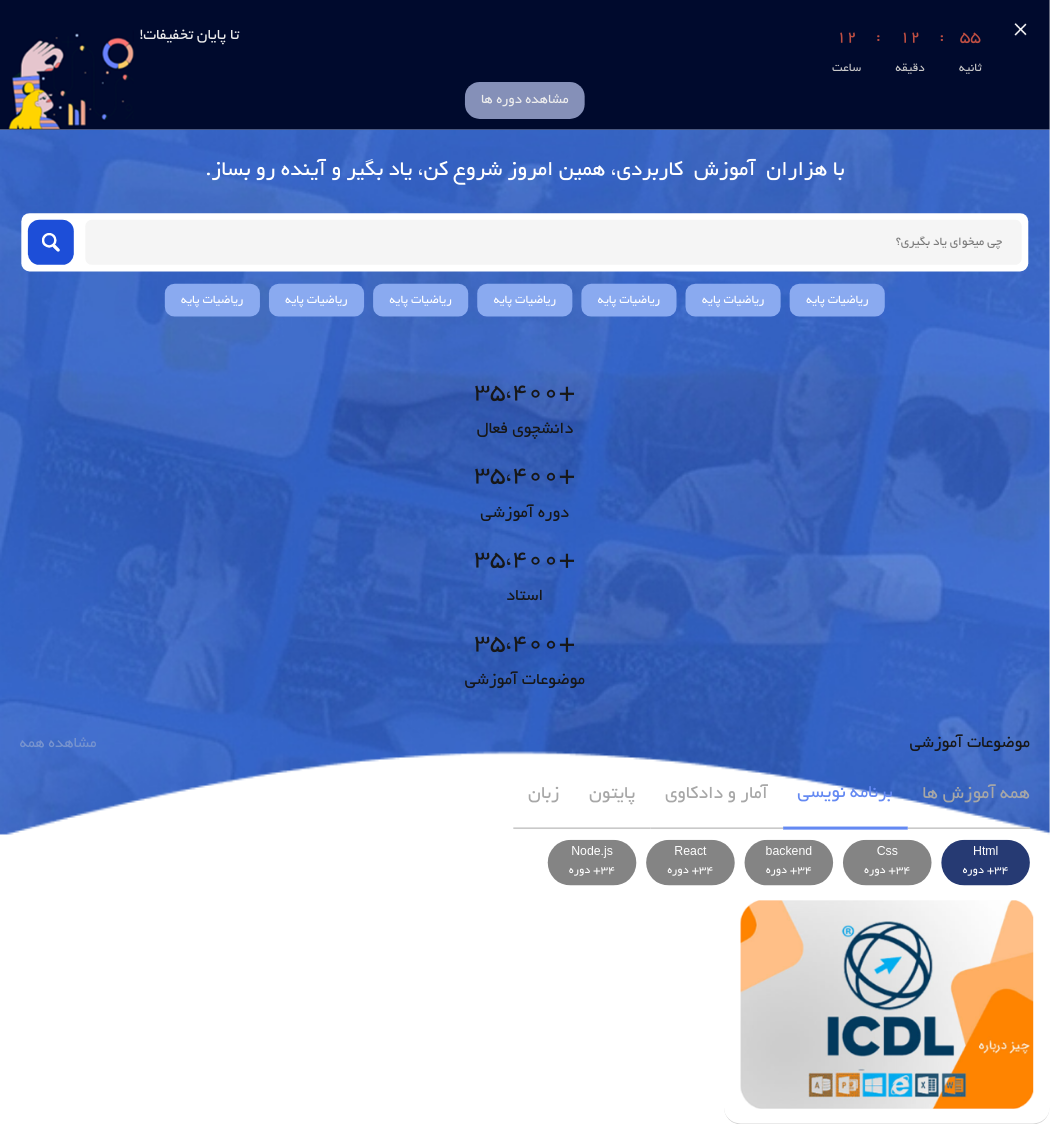
Repository: sinafath/fradars
Page: /
The author's editor kept a copy of each file at every save. The page is drawn from the files as they stood at one save, then again after a run of saves.
The browser window is 1280 px wide. The pictures show the whole page, at 82% of full size.
The project was rebuilt for these pictures with package versions that can differ from the ones it lists, and the page was loaded fresh each time. The framework's server and built-in components were replaced by stand-ins that run in the browser. Also part of the build but not shown: next.config.ts.

Above is the page before, as saved 2025-09-22 18:10:14.

### src/app/layout.tsx
import type { Metadata } from "next";
import localFont from 'next/font/local'

const myFont = localFont({
  src: '../../public/BYEKAN.ttf',
})
import "./globals.css";

console.log(myFont)

export const metadata: Metadata = {
  title: "Fradars",
  description: "tutoring website",
};

export default function RootLayout({
  children,
}: Readonly<{
  children: React.ReactNode;
}>) {
  return (
    <html lang="fa" dir="rtl" className={myFont.className}>
      <body
      >
        {children}
      </body>
    </html>
  );
}

### src/app/page.tsx
import { Center, Column, Row } from "@/components/core";
import { Card, Header } from "@/components/HomePage";
import Image from "next/image";

export default function Home() {
  return (
    <div>
      <div className="w-full relative flex justify-center bg-[#000A2D] h-[158px] ">
        <Image
          aria-hidden
          className="absolute left-0"
          src="/1.png"
          alt="File icon"
          width={163}
          height={157}
        />
        <Image
          aria-hidden
          className="absolute top-[28px] start-[28px]"
          src="/2.png"
          alt="File icon"
          width={15}
          height={15}
        />
        <Row className="top-[30px] absolute start-[83px] gap-[18px] h-[58px]" align="start" >
          <Column className="gap-[20px] text-center">
            <span className="text-[22px]  h-[22px]  text-[#BF4F43]">۵۵</span>
            <span className="text-[#C9C9C9] text-[16px]">ثانیه</span>
          </Column >
          <span className="text-[22px] text-[#BF4F43]">:</span>
          <Column className="gap-[20px] text-center">
            <span className="text-[22px] h-[22px]  text-[#BF4F43]">۱۲</span>
            <span className="text-[#C9C9C9] text-[16px]">دقیقه</span>
          </Column >
          <span className="text-[22px] text-[#BF4F43]">:</span>
          <Column className="gap-[20px] text-center">
            <span className="text-[22px] h-[22px]  text-[#BF4F43]">۱۲</span>
            <span className="text-[#C9C9C9] text-[16px]">ساعت</span>
          </Column >
        </Row>
        <p className=" absolute top-[29px] end-[170px] text-[#EDEDED] text-[20px]">تا پایان تخفیفات!</p>
        <button className=" w-[146px] h-[45px] bg-[#8590B8] rounded-[18px] absolute bottom-[13px] text-[18px] text-[#EDEDED]">مشاهده دوره ها</button>
      </div>
      <Column className="relative text-center">
        <h1 className="text-[28px] text-white pt-[30px] px-[62px]"> با هزاران  آموزش‌  کاربردی، همین امروز شروع کن،
          یاد بگیر و آینده رو بساز.</h1>
        <Row className="mt-[30px] w-[calc(100%-52px)] bg-white p-[8px] gap-[14px] h-[71px] mx-[26px] rounded-[10px]" >
          <input type="text" className="bg-[#F5F5F5] flex-1 h-full text-black rounded-[8px] px-[24px] " placeholder="چی میخوای یاد بگیری؟" />
          <Center className="bg-[#1D4ED8] w-[56px] h-full rounded-[14px]">
            <img src="/4.svg" />
          </Center>
        </Row>
        <Row className="flex-wrap gap-x-[11px] gap-y-[15px] mt-[15px] justify-center ">
          <div className="rounded-[12px] text-[16px] px-[20px] py-[8px] bg-[#8AAAF0] text-white"> ریاضیات پایه </div>
          <div className="rounded-[12px] text-[16px] px-[20px] py-[8px] bg-[#8AAAF0] text-white"> ریاضیات پایه </div>
          <div className="rounded-[12px] text-[16px] px-[20px] py-[8px] bg-[#8AAAF0] text-white"> ریاضیات پایه </div>
          <div className="rounded-[12px] text-[16px] px-[20px] py-[8px] bg-[#8AAAF0] text-white"> ریاضیات پایه </div>
          <div className="rounded-[12px] text-[16px] px-[20px] py-[8px] bg-[#8AAAF0] text-white"> ریاضیات پایه </div>
          <div className="rounded-[12px] text-[16px] px-[20px] py-[8px] bg-[#8AAAF0] text-white"> ریاضیات پایه </div>
          <div className="rounded-[12px] text-[16px] px-[20px] py-[8px] bg-[#8AAAF0] text-white"> ریاضیات پایه </div>
        </Row>
        <Image
          aria-hidden
          className="absolute top-0 start-0 w-full z-[-1]"
          src="/3.png"
          alt="File icon"
          width={560}
          height={377}
        />
      </Column>
      <Column className="gap-[17px] text-center pt-[70px] ">
        <Column className="gap-[4px]">
          <div className="text-[32px]"> +۳۵،۴۰۰</div>
          <div className="text-[22px]">دانشچوی فعال</div>
        </Column>
        <Column className="gap-[4px]">
          <div className="text-[32px]">  +۳۵،۴۰۰ </div>
          <div className="text-[22px]"> دوره آموزشی</div>
        </Column>
        <Column className="gap-[4px]">
          <div className="text-[32px]"> +۳۵،۴۰۰</div>
          <div className="text-[22px]"> استاد</div>
        </Column>
        <Column className="gap-[4px]">
          <div className="text-[32px]"> +۳۵،۴۰۰</div>
          <div className="text-[22px]"> موضوعات آموزشی</div>
        </Column>
      </Column>
      <Header title="موضوعات آموزشی " />
      <Row className=" overflow-y-auto ms-[24px]">
        <div className="pe-[18px] flex-shrink-0   text-[#A7A7A7] text-[24px] pb-[22px] border-b-[2px]  border-solid border-b-[#C9C9C9]">همه آموزش ها</div>
        <div className="pe-[18px] flex-shrink-0 ps-[18px] text-[#6489F2]  text-[24px] pb-[22px] border-b-[4px] border-solid border-b-[#6489F2]"  > برنامه نویسی</div>
        <div className="pe-[18px] flex-shrink-0 ps-[18px] text-[#A7A7A7] text-[24px] pb-[22px] border-b-[2px]  border-b-solid border-b-[#C9C9C9]">آمار و دادکاوی</div>
        <div className="pe-[18px] flex-shrink-0 ps-[18px] text-[#A7A7A7] text-[24px] pb-[22px] border-b-[2px] border-b-solid border-b-[#C9C9C9]">پایتون</div>
        <div className="pe-[18px] flex-shrink-0 ps-[18px] text-[#A7A7A7] text-[24px] pb-[22px] border-b-[2px] border-b-solid border-b-[#C9C9C9]">زبان</div>
      </Row>
      <Row className="mt-[12px] gap-[12px] overflow-y-auto ms-[24px]">
        <Column justify="center" align="center" className=" items-center align-center rounded-[28px] w-[108px] h-[56px]   flex-shrink-0  bg-[#263A73] text-center text-white text-[15px]">
          <div className="">Html</div>
          <div>34+ دوره</div>
        </Column>
        <Column justify="center" align="center" className=" items-center align-center rounded-[28px] w-[108px] h-[56px]   flex-shrink-0  bg-[#848484] text-center text-white text-[15px]">
          <div className="">Css</div>
          <div>34+ دوره</div>
        </Column>
        <Column justify="center" align="center" className=" items-center align-center rounded-[28px] w-[108px] h-[56px]   flex-shrink-0  bg-[#848484] text-center text-white text-[15px]">
          <div className="">backend</div>
          <div>34+ دوره</div>
        </Column>           <Column justify="center" align="center" className=" items-center align-center rounded-[28px] w-[108px] h-[56px]   flex-shrink-0  bg-[#848484] text-center text-white text-[15px]">
          <div className="">React</div>
          <div>34+ دوره</div>
        </Column>           <Column justify="center" align="center" className=" items-center align-center rounded-[28px] w-[108px] h-[56px]   flex-shrink-0  bg-[#848484] text-center text-white text-[15px]">
          <div className="">Node.js</div>
          <div>34+ دوره</div>
        </Column>

      </Row>
      <Card />
    </div>
  );
}

### src/app/globals.css

@import "tailwindcss";

:root {
  --background: #ffffff;
  --foreground: #171717;
}

@theme inline {
  --color-background: var(--background);
  --color-foreground: var(--foreground);
}
@layer base {
  *{
    @apply box-border; /* Ensures box-sizing: border-box */
  }
}
@media (prefers-color-scheme: dark) {
  :root {
    --background: #0a0a0a;
    --foreground: #ededed;
  }
}


body {
  background: var(--background);
  color: var(--foreground);
  font-weight: normal;
}

### src/components/core.tsx
import { cn } from "@/lib/utils";
import { ReactNode } from "react";

type AlignItems = 'start' | 'center' | 'end' | 'baseline' | 'stretch';
type JustifyContent = 'start' | 'center' | 'end' | 'between' | 'around' | 'evenly';

interface FlexProps {
    children?: ReactNode;
    className?: string;
    align?: AlignItems;
    justify?: JustifyContent;
}

const alignClasses: Record<AlignItems, string> = {
    start: 'items-start',
    center: 'items-center',
    end: 'items-end',
    baseline: 'items-baseline',
    stretch: 'items-stretch',
};

const justifyClasses: Record<JustifyContent, string> = {
    start: 'justify-start',
    center: 'justify-center',
    end: 'justify-end',
    between: 'justify-between',
    around: 'justify-around',
    evenly: 'justify-evenly',
};

interface CenterProps {
    children: ReactNode;
    className?: string;
}

function Center({ children, className }: CenterProps) {
    return (
        <div className={cn('flex items-center justify-center', className)}>
            {children}
        </div>
    );
}

function Row({
    children,
    className,
    align = 'center',
    justify = 'start',
    ...props
}: FlexProps) {
    return (
        <div
            className={cn('flex flex-row', alignClasses[align], justifyClasses[justify], className)}
            {...props}
        >
            {children}
        </div>
    );
}

function Column({
    children,
    className,
    align = 'center',
    justify = 'start',
    ...props
}: FlexProps) {
    return (
        <div
            className={cn('flex flex-col', alignClasses[align], justifyClasses[justify], className)}
            {...props}
        >
            {children}
        </div>
    );
}

export { Column, Center, Row };

### src/components/HomePage/index.tsx
import { cn } from "@/lib/utils";
import { ReactNode } from "react";
import { Column, Row } from "../core";
import Image from "next/image";

interface HeaderProps {
    className?: { title: string, row: string };
    title: string
}

function Header({ title, className }: HeaderProps) {
    const { title: titleClass, row } = className ?? {}
    return (

        <Row justify="between" className={cn('mt-[44px] mb-[26px] px-[24px]', row)}>
            <h3 className={cn('text-[22px]', titleClass)}>{title}</h3>
            <p className="text-[20px] text-[#7894CE]"> مشاهده همه</p>
        </Row>
    );
}
interface CardProps {
    className?: { title: string, row: string };
}
function Card({ className }: CardProps) {
    return (
        <Row className="">
            <Column className={cn('py-[18px] px-[20px] rounded-[20px] border-b-[1px] border-solid border-[#D4D4D4]', className)}>
                <Image
                    aria-hidden
                    src="/5.png"
                    alt="File icon"
                    width={357}
                    height={254}
                />
            </Column>
            <Row justify="around" className="mt-[24px]">
                <Row></Row>
                <Row></Row>
            </Row>
        </Row>
    );
}


export { Card, Header };

Loaded but not shown: src/lib/utils.ts (common file)

After the next 2 saves:
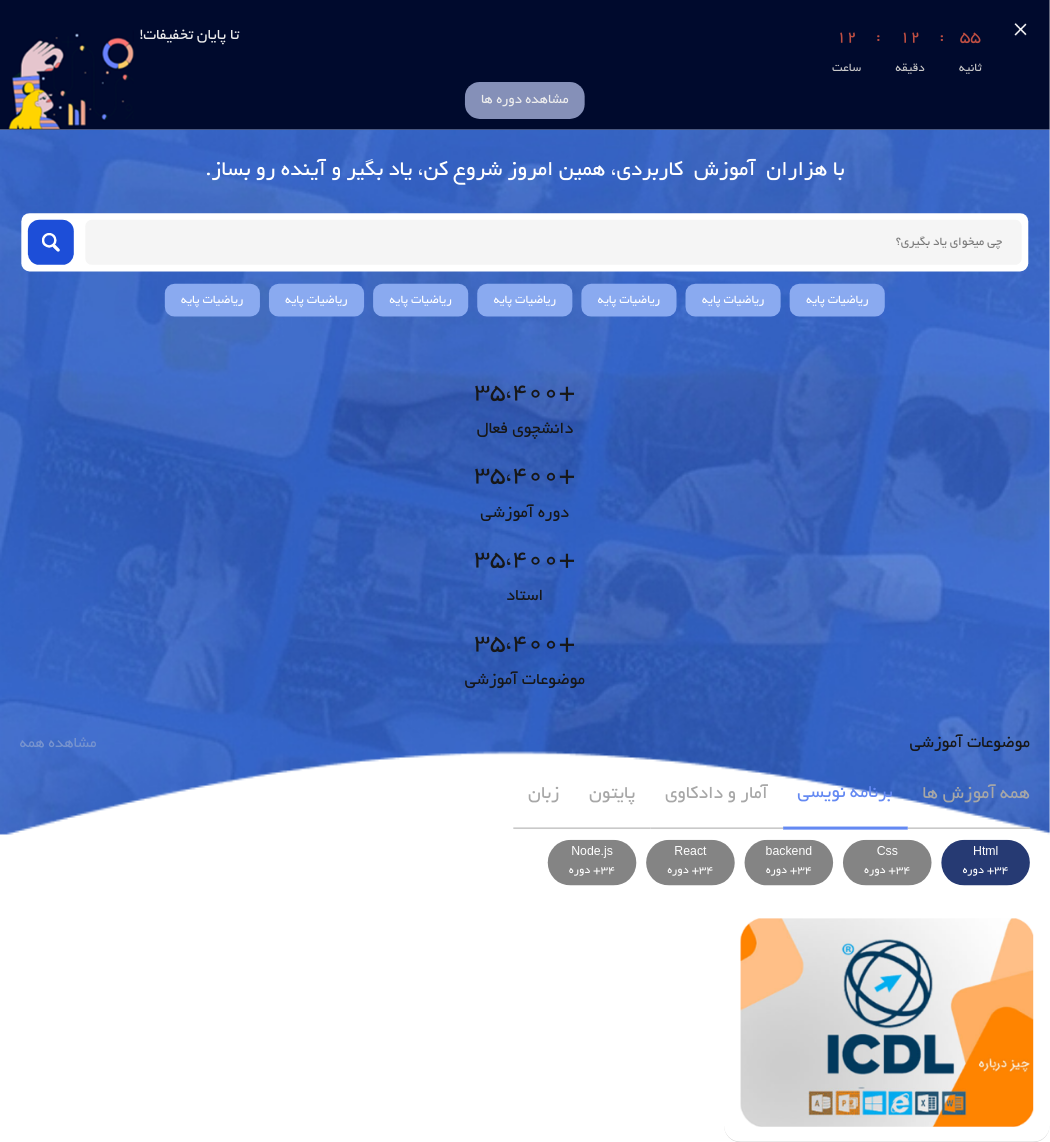
The 2 saves are shown as one change because they came seconds apart.
The last was saved 12 s later.
--- a/src/components/HomePage/index.tsx
+++ b/src/components/HomePage/index.tsx
@@ -23,7 +23,7 @@
 }
 function Card({ className }: CardProps) {
     return (
-        <Row className="">
+        <Row className="mt-[22px]">
             <Column className={cn('py-[18px] px-[20px] rounded-[20px] border-b-[1px] border-solid border-[#D4D4D4]', className)}>
                 <Image
                     aria-hidden
